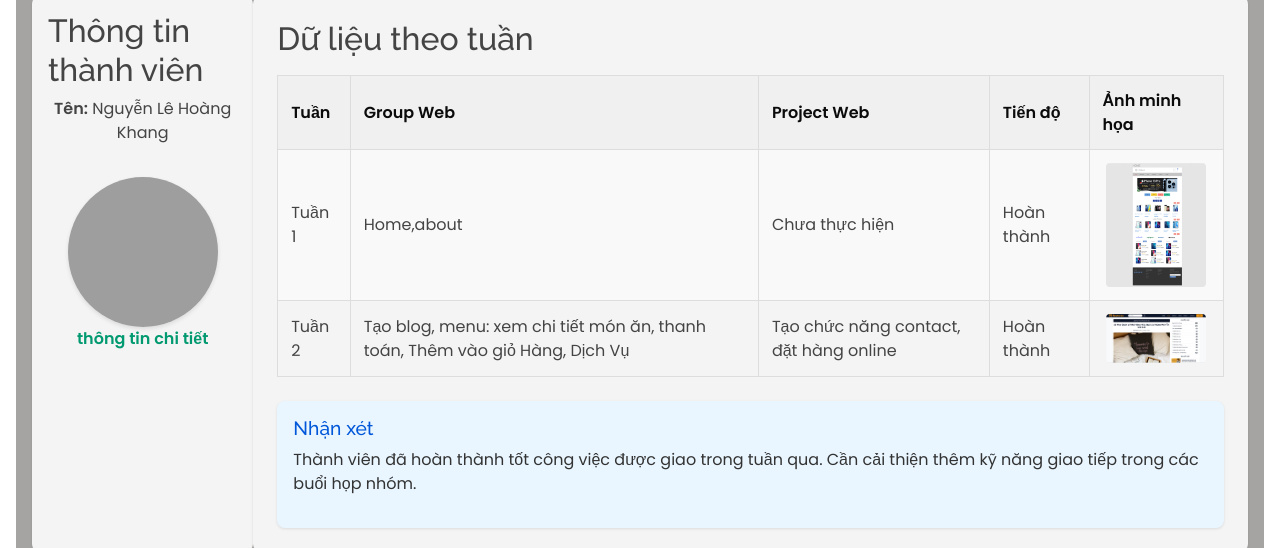
Repository: HoangKhangKhuPho4/Group_Web
Page: results.html
The author's editor kept a copy of each file at every save. The page is drawn from the files as they stood at one save, then again after the next save.
The browser window is 1280 px wide. The pictures show the part of the page from y = 1113 to 1661 px (the page is 3095 px tall).
Pictures or frames that could not be fetched are drawn as grey boxes. A picture or video elsewhere on the page could not be fetched, so the positions and the page height are approximate.

Above is the page before, as saved 2025-01-18 19:52:35.

After the next save:
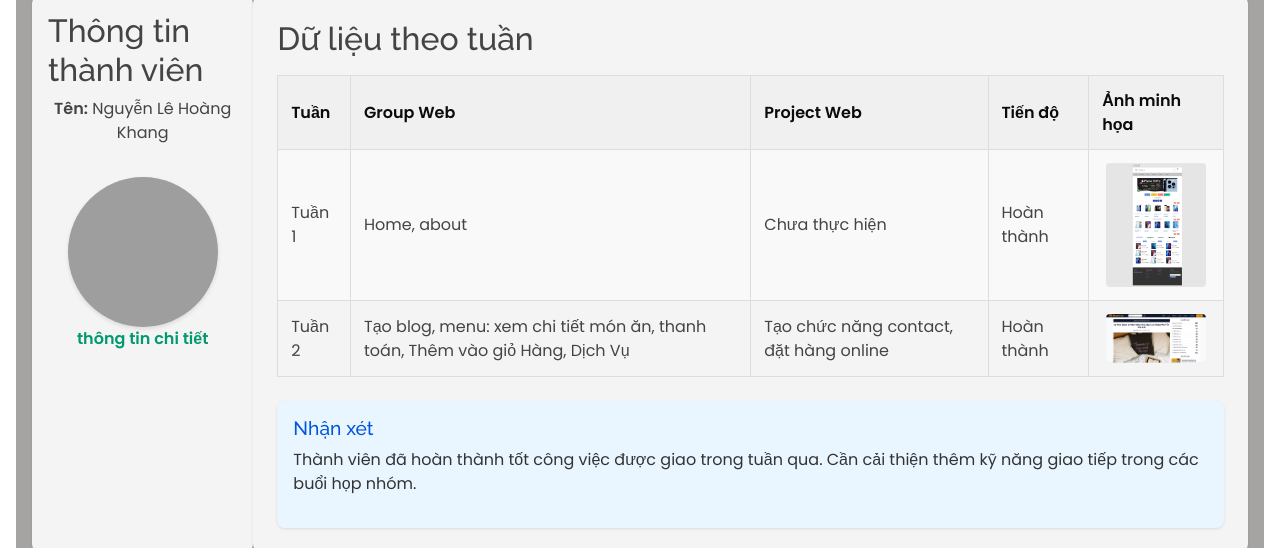
Saved 5 s later.
--- a/results.html
+++ b/results.html
@@ -202,7 +202,7 @@
             <tbody>
                 <tr>
                     <td>Tuần 1</td>
-                    <td>Home,about</td>
+                    <td>Home, about</td>
                     <td>Chưa thực hiện</td>
                     <td>Hoàn thành</td>
                     <td>
